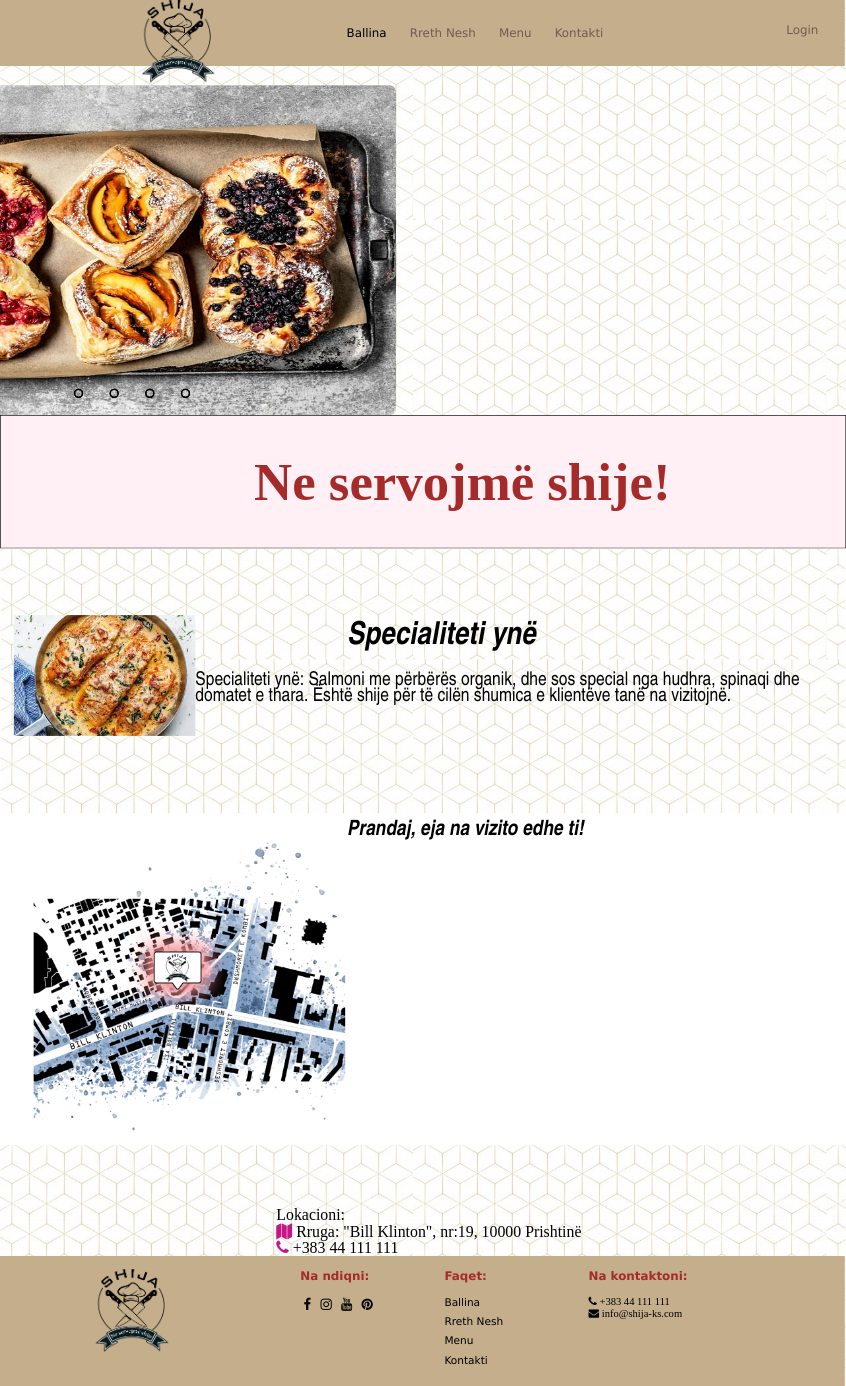
Repository: bs47892/ProjektiWeb-Shija2020
Page: http://localhost/shija.html
These files come from the project's save history. The page is drawn as it stood at one moment and after the next save; the edit follows.
The browser window is 1280 px wide. The page is 1282 px wide, so the pictures cover 1282 px, including what lies to the right of the window. The pictures show the whole page, at 66% of full size.
The page is run by PHP 8.4 with error messages shown; the project is at /var/www/html/.

Above is the page before, as saved 2021-02-11 23:05:51.

After the next save:
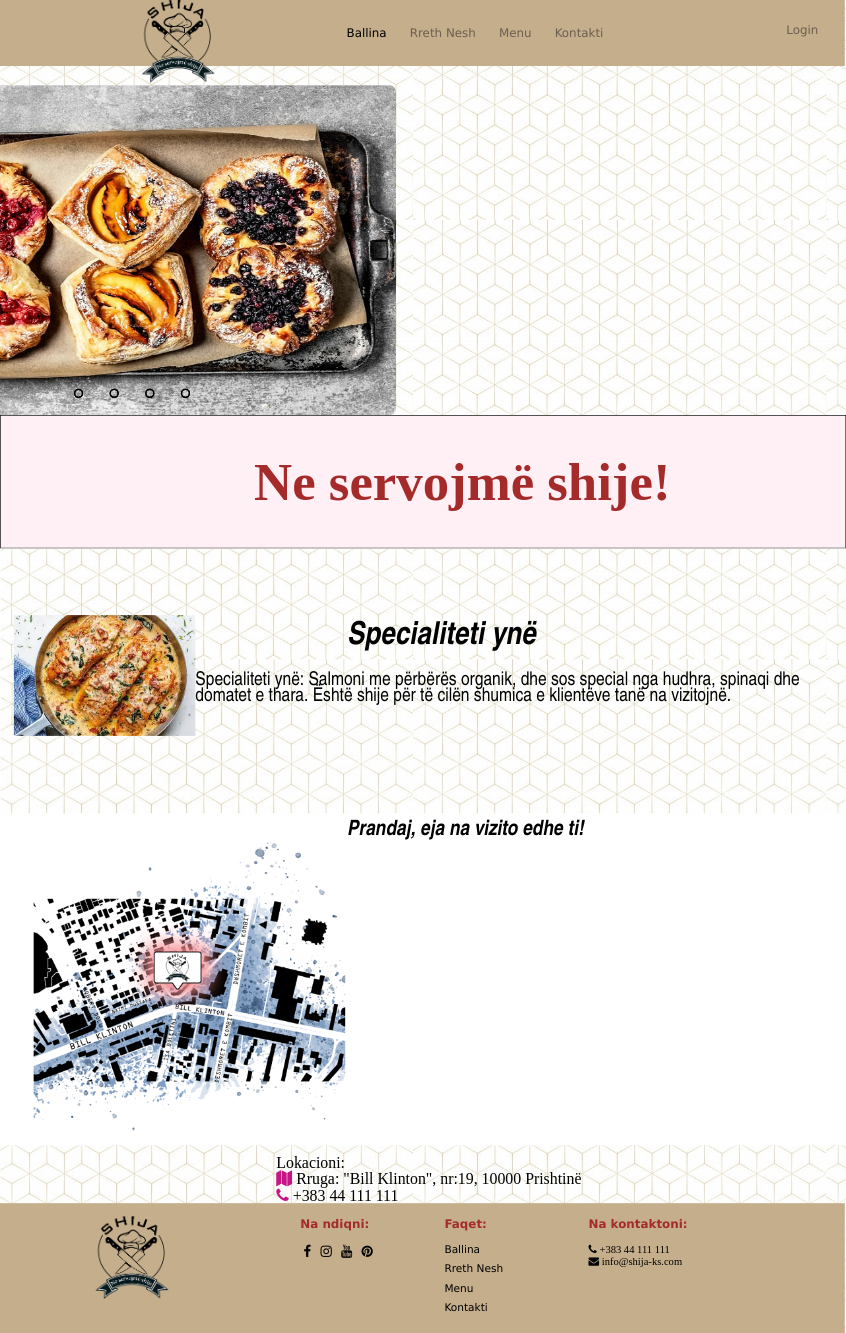
Saved 10 s later.
--- a/style.css
+++ b/style.css
@@ -290,7 +290,7 @@ footer{
 .lokacioni p{
 float: right;
 margin-right: 400px;
-margin-top: 80px;
+
 font-size: 150%;
 }
 .lokacioni p i{
